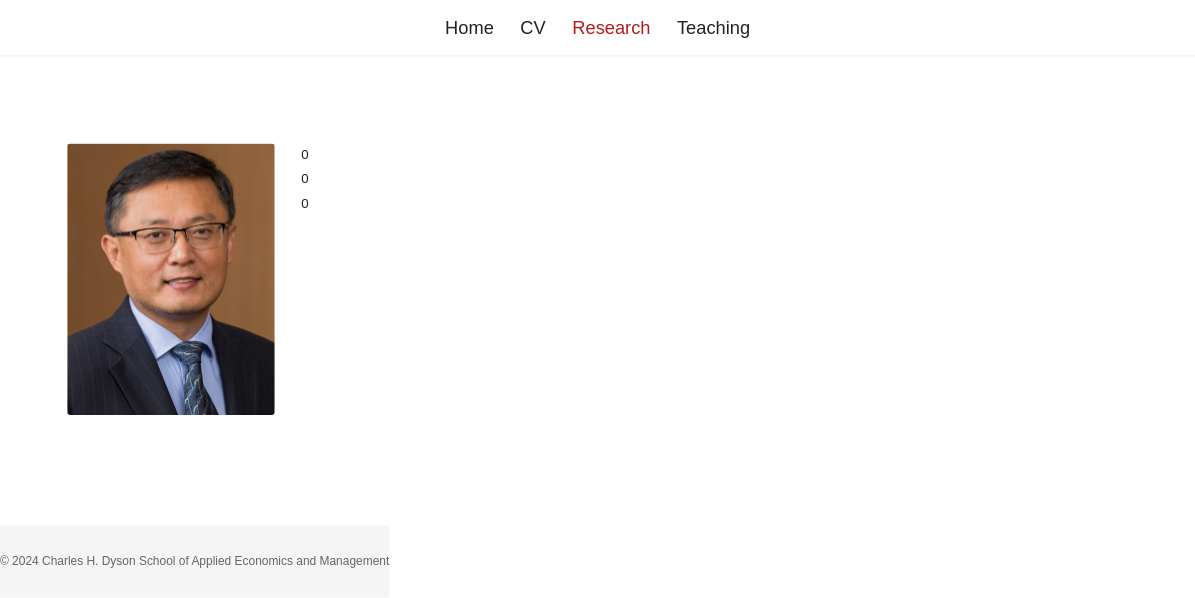
Repository: huang-heavenly-Emperor/k1_project
Page: research.html
An editor plug-in stored every save of this project. The page is shown before and after the next save, followed by the edit.
The browser window is 1280 px wide. The page is 1440 px wide, then 1280 px, then 1440 px, so the pictures cover 1440 px, including what lies to the right of the window. The pictures show the whole page, at 83% of full size.

Above is the page before, as saved 2024-11-17 15:34:23.

After the next save:
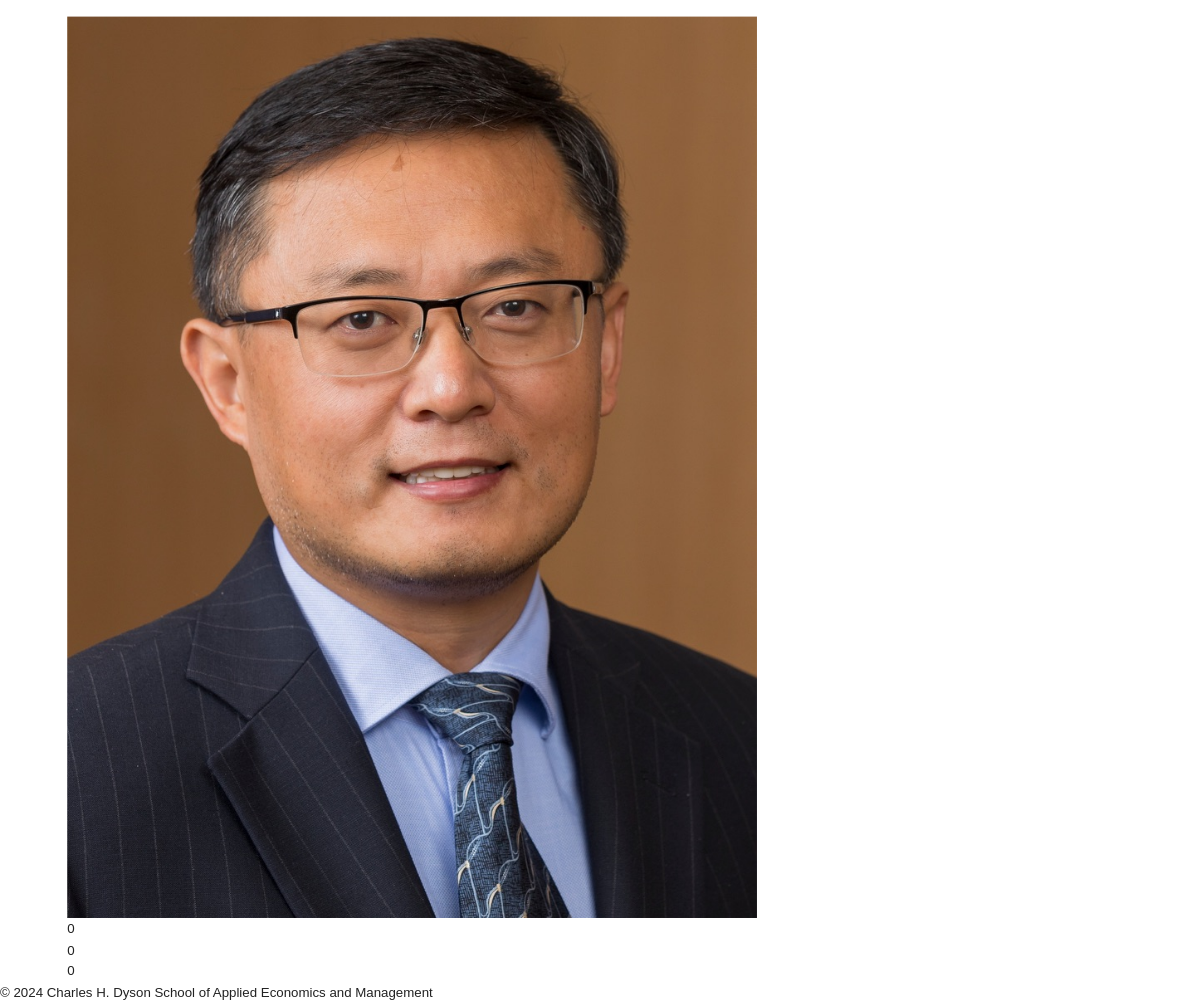
Saved 84 s later.
--- a/research.css
+++ b/research.css
@@ -18,7 +18,9 @@
   margin: 0 auto;
   padding: 0 1rem;
   box-sizing: border-box;
-
+  display: flex; /* 添加 flex 布局 */
+  flex-direction: column; /* 使子元素垂直排列 */
+  align-items: flex-start; /*
 }
 
 

After the save that followed:
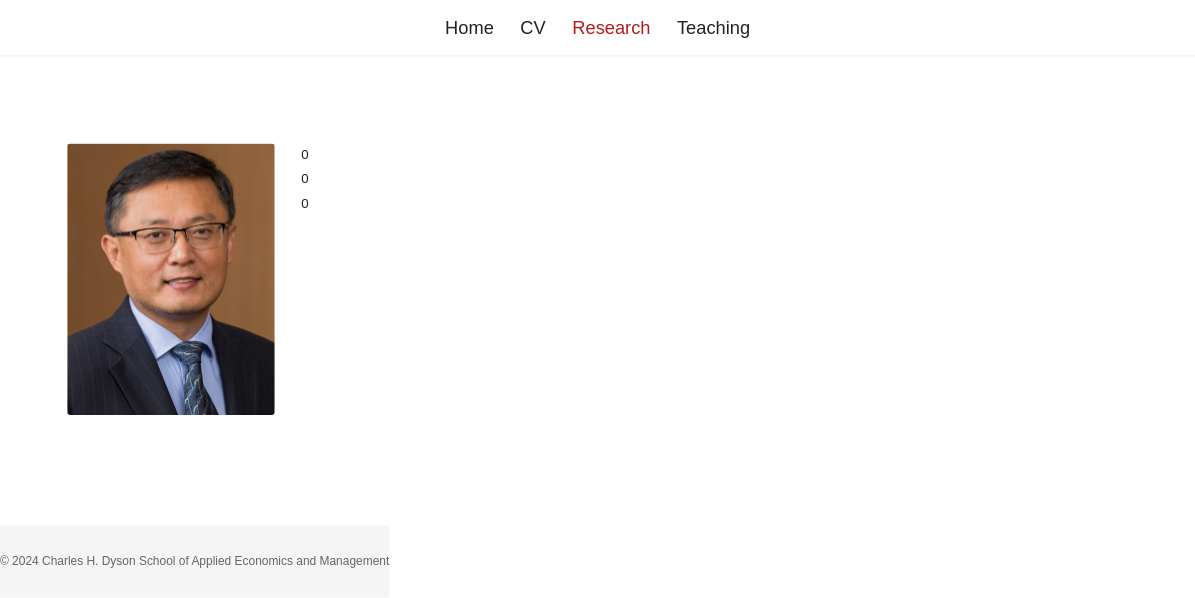
Saved 4 s later.
--- a/research.css
+++ b/research.css
@@ -20,7 +20,7 @@
   box-sizing: border-box;
   display: flex; /* 添加 flex 布局 */
   flex-direction: column; /* 使子元素垂直排列 */
-  align-items: flex-start; /*
+  align-items: flex-start;
 }
 
 
